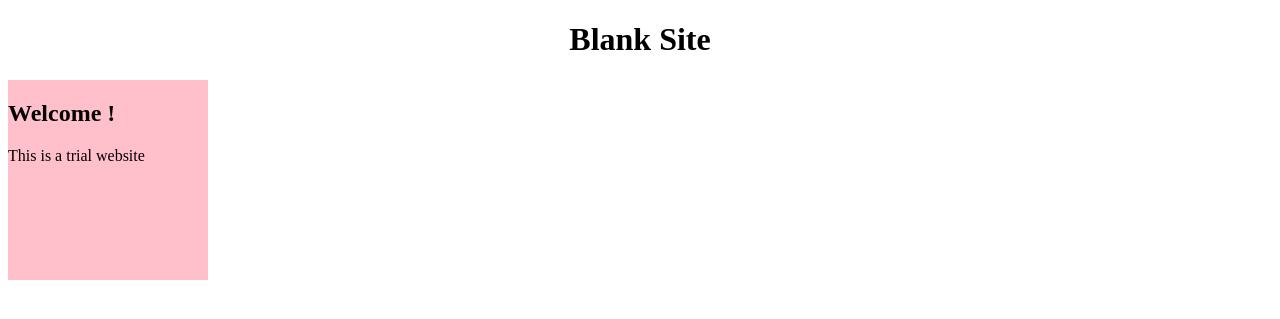
Repository: yhung004/Blank_Project
Page: index.html
These files come from the project's save history. The page is drawn as it stood at one moment and after the next save; the edit follows.
The browser window is 1280 px wide. The pictures show the whole page.

Above is the page before, as saved 2024-04-04 00:13:19.

### index.html
<!DOCTYPE html>
<html lang="en">
<head>
    <meta charset="UTF-8">
    <meta name="viewport" content="width=device-width, initial-scale=1.0">
    <title>Blank_Project</title>
    <link rel="stylesheet" href="index.css">
</head>
<body>
    <h1 class="header"> Blank Site</h1>
    <div class="main">
        <div class="main2"></div>
        <h2 class="header_2">Welcome !</h2>
        <p class="words">This is a trial website</p>
    </div>
</body>
</html>

### index.css
h1.header {
    text-align: center;
}
div.main {
    height: 200px;
    width: 200px;
    background-color: pink;
    display: inline-block;
}

After the next save:
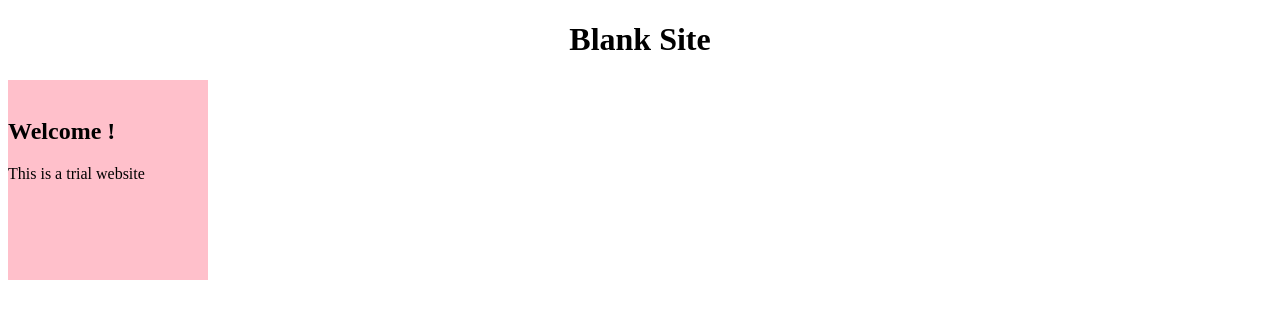
Saved 101 s later.
--- a/index.css
+++ b/index.css
@@ -7,3 +7,7 @@ div.main {
     background-color: pink;
     display: inline-block;
 }
+div.main2 {
+    background-color: white;
+    display: inline-block;
+}
